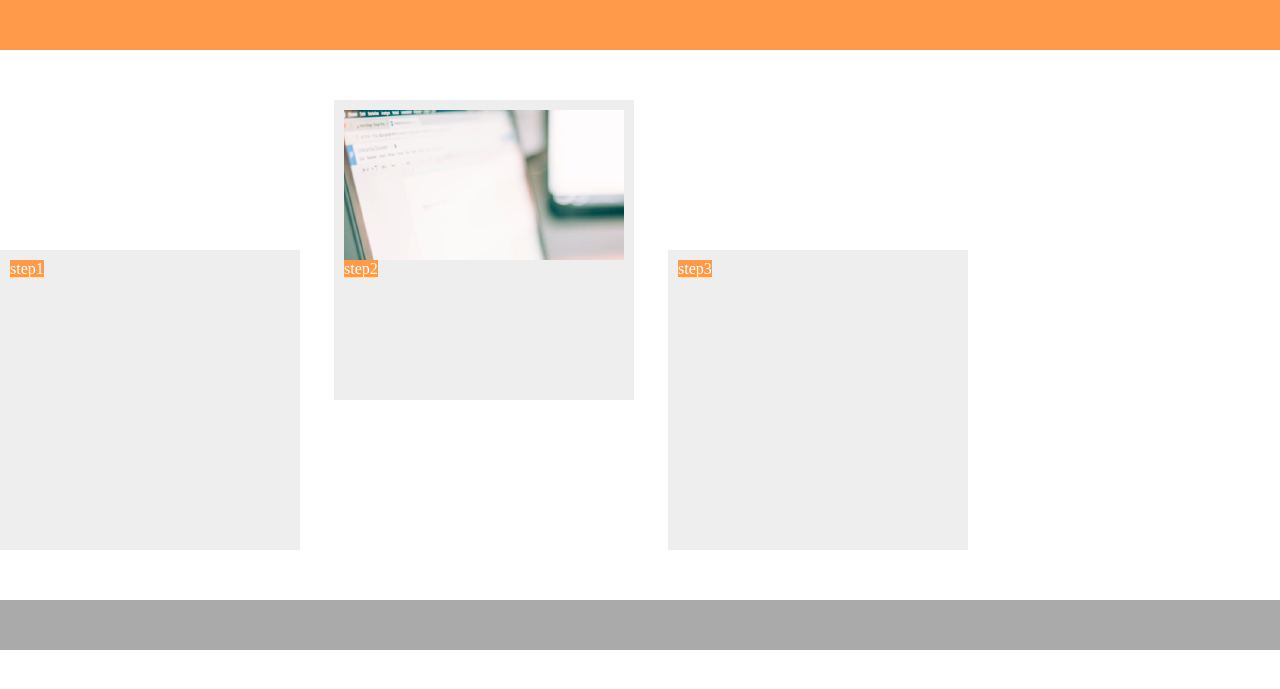
Repository: kiruha313/DWC
Page: exersise9/index.html
The author's editor kept a record of every edit. The page is drawn from the files as they stood at one moment, then again after the next edit.
The browser window is 1280 px wide. The pictures show the whole page.

Above is the page before.

After the next edit:
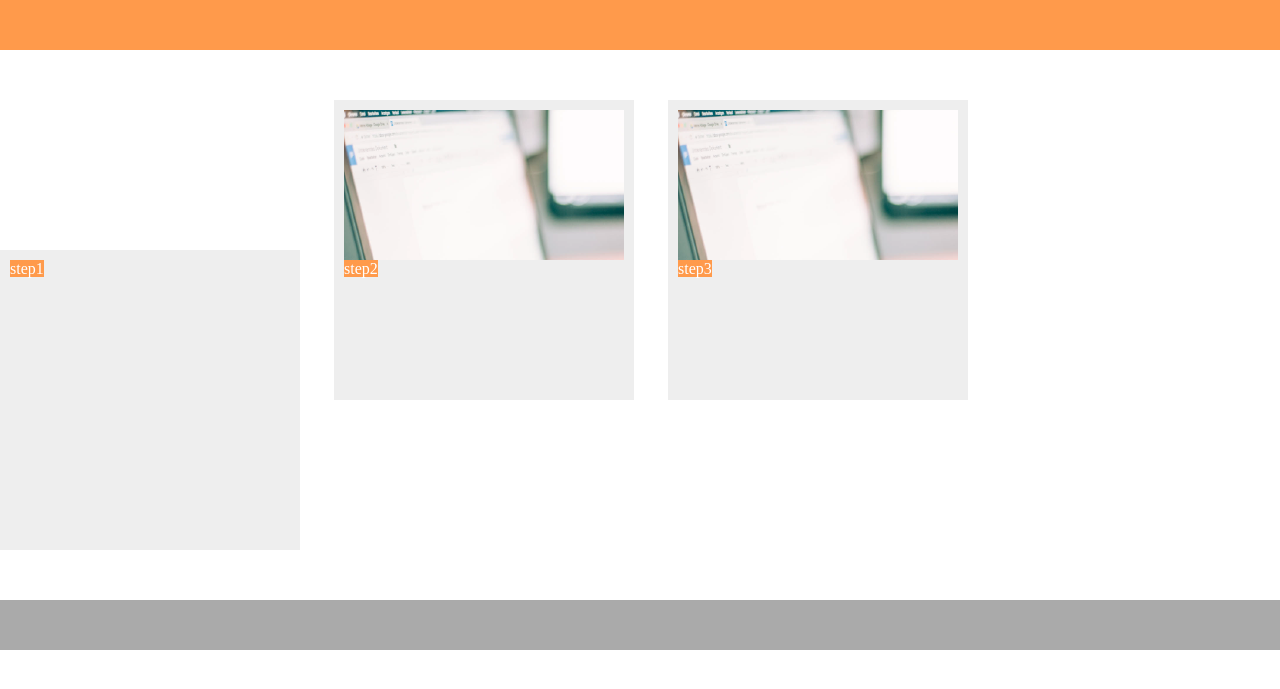
The edit:
--- a/exersise9/index.html
+++ b/exersise9/index.html
@@ -19,6 +19,7 @@
     </div>
 
     <div class="step">
+      <div class="step1-img"></div>
       <span class="step1">step3</span>
     </div>
 
